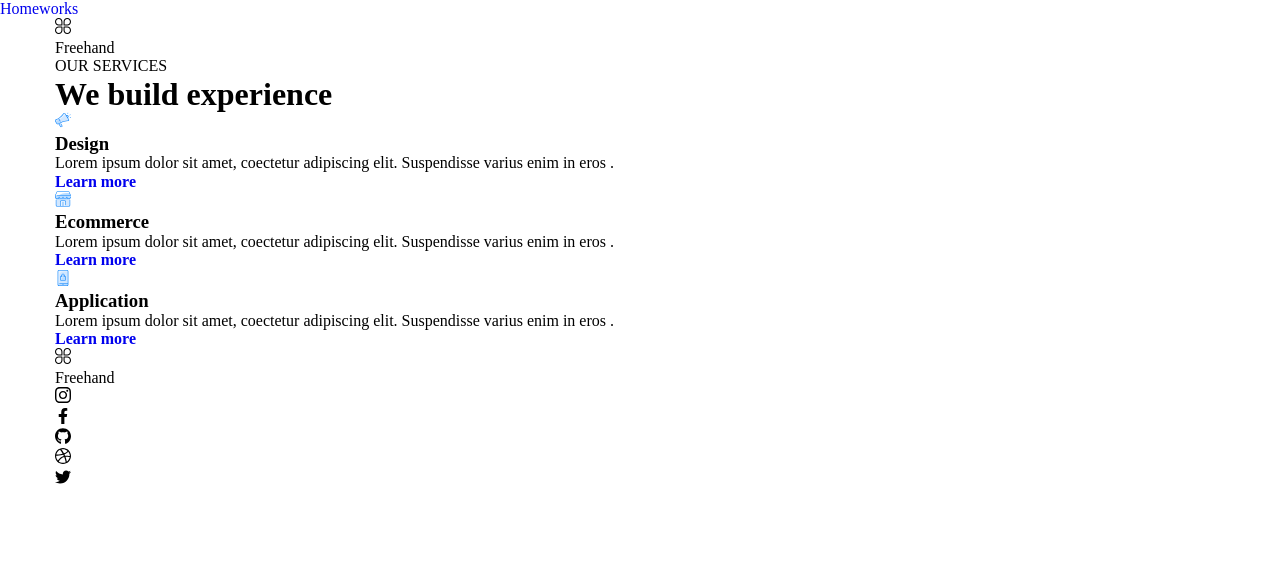
Repository: Tsiniavska/beetroot-test-project
Page: Homeworks/svg/index.html
These files come from the project's save history. The page is drawn as it stood at one moment and after the next save; the edit follows.
The browser window is 1280 px wide. The pictures show the whole page.
Some web fonts or font styles are not loaded; a fallback is used.

Above is the page before, as saved 2024-02-28 18:44:29.

### Homeworks/svg/index.html
<!DOCTYPE html>
<html lang="en">
  <head>
    <meta charset="UTF-8" />
    <meta name="viewport" content="width=device-width, initial-scale=1.0" />
    <title>SVG</title>
    <!-- Fonts -->

    <link rel="preconnect" href="https://fonts.googleapis.com" />
    <link rel="preconnect" href="https://fonts.gstatic.com" crossorigin />
    <link
      href="https://fonts.googleapis.com/css2?family=Nunito+Sans:ital,opsz,wght@0,6..12,200..1000;1,6..12,200..1000&family=Roboto&display=swap"
      rel="stylesheet"
    />
    <link rel="preconnect" href="https://fonts.googleapis.com" />
    <link rel="preconnect" href="https://fonts.gstatic.com" crossorigin />
    <link
      href="https://fonts.googleapis.com/css2?family=Quicksand:wght@500&display=swap"
      rel="stylesheet"
    />

    <!-- Styles -->
    <link rel="stylesheet" href="../../styles/normalize.css" />
    <link rel="stylesheet" href="../../styles/main.css" />
    <link rel="stylesheet" href="./index.css" />
    <link rel="stylesheet" href="./variables.css" />
  </head>
  <body>
    <!-- Icons -->
    <svg
      aria-hidden="true"
      style="position: absolute; overflow: hidden"
      xmlns="http://www.w3.org/2000/svg"
      xmlns:xlink="http://www.w3.org/1999/xlink"
    >
      <defs>
        <symbol id="icon-logo" viewBox="0 0 32 32">
          <path
            d="M7.467 0c-4.124 0-7.467 3.343-7.467 7.467s3.343 7.467 7.467 7.467v0h6.4c0.589 0 1.067-0.478 1.067-1.067v0-6.4c0-4.124-3.343-7.467-7.467-7.467v0zM2.133 7.467c0-2.946 2.388-5.333 5.333-5.333s5.333 2.388 5.333 5.333v0 5.333h-5.333c-2.946 0-5.333-2.388-5.333-5.333v0zM7.467 32c-4.124 0-7.467-3.343-7.467-7.467s3.343-7.467 7.467-7.467v0h6.4c0.589 0 1.067 0.478 1.067 1.067v0 6.4c0 4.124-3.343 7.467-7.467 7.467v0zM2.133 24.533c0 2.945 2.388 5.333 5.333 5.333s5.333-2.388 5.333-5.333v0-5.333h-5.333c-2.946 0-5.333 2.388-5.333 5.333v0zM32 7.467c0-4.124-3.343-7.467-7.467-7.467s-7.467 3.343-7.467 7.467v0 6.4c0 0.589 0.478 1.067 1.067 1.067v0h6.4c4.124 0 7.467-3.343 7.467-7.467v0zM24.533 2.133c2.945 0 5.333 2.388 5.333 5.333s-2.388 5.333-5.333 5.333v0h-5.333v-5.333c0-2.946 2.388-5.333 5.333-5.333v0zM24.533 32c4.124 0 7.467-3.343 7.467-7.467s-3.343-7.467-7.467-7.467v0h-6.4c-0.589 0-1.067 0.478-1.067 1.067v0 6.4c0 4.124 3.343 7.467 7.467 7.467v0zM29.867 24.533c0 2.945-2.388 5.333-5.333 5.333s-5.333-2.388-5.333-5.333v0-5.333h5.333c2.945 0 5.333 2.388 5.333 5.333v0z"
          ></path>
        </symbol>
        <symbol id="icon-twitter" viewBox="0 0 32 32">
          <path
            d="M28.711 9.482c0.020 0.284 0.020 0.569 0.020 0.853 0 8.67-6.599 18.66-18.66 18.66-3.716 0-7.168-1.076-10.071-2.944 0.528 0.061 1.036 0.081 1.584 0.081 3.066 0 5.888-1.036 8.142-2.802-2.883-0.061-5.3-1.949-6.132-4.548 0.406 0.061 0.812 0.102 1.239 0.102 0.589 0 1.178-0.081 1.726-0.223-3.005-0.609-5.259-3.249-5.259-6.437v-0.081c0.873 0.487 1.888 0.792 2.964 0.832-1.766-1.178-2.924-3.188-2.924-5.462 0-1.218 0.325-2.335 0.893-3.31 3.228 3.98 8.081 6.579 13.523 6.863-0.101-0.487-0.162-0.995-0.162-1.502 0-3.614 2.924-6.558 6.558-6.558 1.888 0 3.594 0.792 4.792 2.071 1.482-0.284 2.904-0.833 4.163-1.584-0.487 1.523-1.523 2.802-2.883 3.614 1.32-0.142 2.599-0.508 3.777-1.015-0.893 1.299-2.010 2.457-3.289 3.391z"
          ></path>
        </symbol>
        <symbol id="icon-facebook" viewBox="0 0 32 32">
          <path
            d="M23.446 18l0.889-5.791h-5.557v-3.758c0-1.584 0.776-3.129 3.265-3.129h2.526v-4.931c0 0-2.293-0.391-4.484-0.391-4.576 0-7.567 2.774-7.567 7.795v4.414h-5.087v5.791h5.087v14h6.261v-14h4.668z"
          ></path>
        </symbol>
        <symbol id="icon-instagram" viewBox="0 0 32 32">
          <path
            d="M16.004 7.797c-4.54 0-8.203 3.662-8.203 8.203s3.662 8.203 8.203 8.203 8.203-3.662 8.203-8.203c0-4.54-3.662-8.203-8.203-8.203zM16.004 21.333c-2.934 0-5.333-2.392-5.333-5.333s2.392-5.333 5.333-5.333 5.333 2.392 5.333 5.333c0 2.941-2.399 5.333-5.333 5.333zM26.455 7.462c0 1.064-0.857 1.913-1.913 1.913-1.064 0-1.913-0.857-1.913-1.913s0.857-1.913 1.913-1.913c1.057 0 1.913 0.857 1.913 1.913zM31.887 9.404c-0.121-2.563-0.707-4.833-2.584-6.703-1.87-1.87-4.14-2.456-6.703-2.584-2.641-0.15-10.558-0.15-13.2 0-2.556 0.121-4.826 0.707-6.703 2.577s-2.456 4.141-2.584 6.703c-0.15 2.641-0.15 10.558 0 13.2 0.121 2.563 0.707 4.833 2.584 6.703s4.141 2.456 6.703 2.584c2.641 0.15 10.558 0.15 13.2 0 2.563-0.121 4.833-0.707 6.703-2.584 1.87-1.87 2.456-4.141 2.584-6.703 0.15-2.641 0.15-10.551 0-13.193zM28.475 25.431c-0.557 1.399-1.635 2.477-3.041 3.041-2.106 0.835-7.103 0.642-9.43 0.642s-7.332 0.186-9.43-0.642c-1.399-0.557-2.477-1.635-3.041-3.041-0.835-2.106-0.643-7.103-0.643-9.431s-0.186-7.332 0.643-9.43c0.557-1.399 1.635-2.477 3.041-3.041 2.106-0.835 7.103-0.643 9.43-0.643s7.332-0.186 9.43 0.643c1.399 0.557 2.477 1.635 3.041 3.041 0.835 2.106 0.643 7.103 0.643 9.43s0.193 7.332-0.643 9.431z"
          ></path>
        </symbol>
        <symbol id="icon-github" viewBox="0 0 32 32">
          <path
            d="M10.703 25.522c0 0.129-0.148 0.232-0.335 0.232-0.213 0.019-0.361-0.084-0.361-0.232 0-0.129 0.148-0.232 0.335-0.232 0.194-0.019 0.361 0.084 0.361 0.232zM8.697 25.232c-0.045 0.129 0.084 0.277 0.277 0.316 0.168 0.065 0.361 0 0.4-0.129s-0.084-0.277-0.277-0.336c-0.168-0.045-0.355 0.019-0.4 0.148zM11.548 25.122c-0.187 0.045-0.316 0.168-0.297 0.316 0.019 0.129 0.187 0.213 0.381 0.168 0.187-0.045 0.316-0.168 0.297-0.297-0.019-0.123-0.194-0.206-0.381-0.187zM15.794 0.4c-8.948 0-15.794 6.794-15.794 15.742 0 7.155 4.503 13.277 10.935 15.432 0.826 0.148 1.116-0.361 1.116-0.781 0-0.4-0.019-2.607-0.019-3.961 0 0-4.516 0.968-5.465-1.923 0 0-0.736-1.877-1.794-2.361 0 0-1.477-1.013 0.103-0.993 0 0 1.606 0.129 2.49 1.664 1.413 2.49 3.781 1.774 4.703 1.348 0.148-1.032 0.568-1.748 1.032-2.174-3.606-0.4-7.245-0.923-7.245-7.129 0-1.774 0.49-2.665 1.523-3.8-0.168-0.419-0.716-2.148 0.168-4.381 1.348-0.419 4.452 1.742 4.452 1.742 1.29-0.361 2.677-0.548 4.052-0.548s2.761 0.187 4.052 0.548c0 0 3.103-2.168 4.452-1.742 0.884 2.239 0.336 3.961 0.168 4.381 1.032 1.142 1.664 2.032 1.664 3.8 0 6.226-3.8 6.723-7.406 7.129 0.594 0.51 1.097 1.477 1.097 2.993 0 2.174-0.019 4.865-0.019 5.394 0 0.419 0.297 0.929 1.116 0.781 6.452-2.142 10.826-8.264 10.826-15.419 0-8.948-7.258-15.742-16.206-15.742zM6.271 22.651c-0.084 0.064-0.064 0.213 0.045 0.335 0.103 0.103 0.252 0.148 0.335 0.065 0.084-0.065 0.064-0.213-0.045-0.336-0.103-0.103-0.252-0.148-0.335-0.064zM5.574 22.129c-0.045 0.084 0.019 0.187 0.148 0.252 0.103 0.064 0.232 0.045 0.277-0.045 0.045-0.084-0.019-0.187-0.148-0.252-0.129-0.039-0.232-0.019-0.277 0.045zM7.665 24.425c-0.103 0.084-0.064 0.277 0.084 0.4 0.148 0.148 0.336 0.168 0.419 0.065 0.084-0.084 0.045-0.277-0.084-0.4-0.142-0.148-0.335-0.168-0.419-0.065zM6.929 23.477c-0.103 0.064-0.103 0.232 0 0.381s0.277 0.213 0.361 0.148c0.103-0.084 0.103-0.252 0-0.4-0.090-0.148-0.258-0.213-0.361-0.129z"
          ></path>
        </symbol>
        <symbol id="icon-dribbble" viewBox="0 0 32 32">
          <path
            d="M16 0c-8.822 0-16 7.178-16 16s7.178 16 16 16c8.822 0 16-7.178 16-16s-7.178-16-16-16zM26.579 7.378c1.903 2.326 3.056 5.288 3.086 8.513-0.451-0.095-4.969-1.012-9.516-0.44-0.371-0.906-0.721-1.703-1.201-2.685 5.053-2.063 7.343-4.999 7.631-5.389zM25.059 5.798c-0.246 0.35-2.303 3.115-7.163 4.937-2.239-4.115-4.722-7.495-5.099-8.001 4.334-1.045 8.901 0.082 12.262 3.064zM10.19 3.653c0.36 0.494 2.802 3.878 5.067 7.904-6.393 1.698-12.023 1.673-12.634 1.665 0.886-4.241 3.744-7.765 7.568-9.569zM2.334 16.021c0-0.14 0.003-0.279 0.007-0.418 0.598 0.012 7.221 0.098 14.046-1.945 0.391 0.766 0.765 1.543 1.108 2.319-4.942 1.392-9.432 5.389-11.647 9.181-2.183-2.423-3.513-5.628-3.513-9.138zM7.611 26.802c1.428-2.918 5.302-6.685 10.811-8.565 1.919 4.986 2.712 9.165 2.915 10.364-4.394 1.872-9.678 1.358-13.727-1.799zM23.636 27.35c-0.14-0.831-0.867-4.832-2.655-9.744 4.283-0.685 8.045 0.437 8.513 0.584-0.609 3.803-2.792 7.087-5.858 9.16z"
          ></path>
        </symbol>
        <symbol id="icon-phone" viewBox="0 0 32 32">
          <path
            class="icon-change-color"
            fill="#d1e7ff"
            style="fill: var(--color1, #d1e7ff)"
            d="M23.839 0.533c1.259 0 2.28 0.955 2.28 2.133v26.667c0 1.178-1.021 2.133-2.28 2.133h-15.678c-1.259 0-2.28-0.955-2.28-2.133v-26.667c0-1.178 1.021-2.133 2.28-2.133h15.678z"
          ></path>
          <path
            class="icon-change-color"
            fill="#b9dcff"
            style="fill: var(--color2, #b9dcff)"
            d="M19.586 11.981c0.546 0 1.003 0.385 1.063 0.892l0.762 6.552c0.069 0.591-0.426 1.108-1.063 1.108h-8.697c-0.636 0-1.132-0.517-1.063-1.108l0.762-6.552c0.059-0.507 0.517-0.892 1.063-0.892h7.172z"
          ></path>
          <path
            class="icon-change-color"
            fill="#e8f3ff"
            style="fill: var(--color3, #e8f3ff)"
            d="M23.947 0.536c1.834 0.080 1.737 2.664-0.099 2.664h-7.42c-4.251 0-7.696 3.224-7.696 7.2v21.067h-0.57c-1.259 0-2.28-0.955-2.28-2.133v-26.667c0-1.178 1.021-2.133 2.28-2.133 0.103 0 15.702-0.001 15.786 0.002z"
          ></path>
          <path
            class="icon-change-color"
            fill="#b9dcff"
            style="fill: var(--color2, #b9dcff)"
            d="M26.119 26.8v2.533c0 1.178-1.021 2.133-2.28 2.133h-15.678c-1.259 0-2.28-0.955-2.28-2.133v-2.533h20.238z"
          ></path>
          <path
            class="icon-change-color"
            fill="#d1e7ff"
            style="fill: var(--color1, #d1e7ff)"
            d="M8.731 26.8v2.541c0 1.737-2.85 1.826-2.85-0.008v-2.533h2.85z"
          ></path>
          <path
            class="icon-change-color"
            fill="#d1e7ff"
            style="fill: var(--color1, #d1e7ff)"
            d="M19.586 13.981c-3.453 0-6.276 2.432-6.64 5.565-0.065 0.562-0.572 0.987-1.176 0.987h-0.118c-0.636 0-1.132-0.517-1.063-1.108l0.762-6.552c0.059-0.507 0.517-0.892 1.063-0.892h7.172c0.545 0 1.003 0.384 1.063 0.892 0.069 0.593-0.427 1.108-1.062 1.108z"
          ></path>
          <path
            class="icon-change-color"
            fill="#007ffc"
            style="fill: var(--color4, #007ffc)"
            d="M23.839 0h-15.678c-1.572 0-2.85 1.196-2.85 2.667v26.667c0 1.47 1.279 2.667 2.85 2.667h15.678c1.572 0 2.851-1.196 2.851-2.667v-26.667c0-1.47-1.279-2.667-2.851-2.667zM23.839 30.933h-15.678c-0.943 0-1.71-0.718-1.71-1.6v-26.667c0-0.882 0.767-1.6 1.71-1.6h15.678c0.943 0 1.71 0.718 1.71 1.6v23.6h-16.319c-0.315 0-0.57 0.239-0.57 0.533s0.255 0.533 0.57 0.533h16.319v2c0 0.882-0.767 1.6-1.71 1.6zM17.283 29c0 0.295-0.255 0.533-0.57 0.533h-1.425c-0.315 0-0.57-0.239-0.57-0.533s0.255-0.533 0.57-0.533h1.425c0.315 0 0.57 0.239 0.57 0.533zM11.652 21.067h8.697c0.975 0 1.735-0.793 1.629-1.699l-0.762-6.552c-0.091-0.779-0.791-1.367-1.629-1.367h-0.528v-0.987c-0-1.578-1.372-2.861-3.058-2.861s-3.058 1.283-3.058 2.861v0.987h-0.528c-0.838 0-1.539 0.588-1.629 1.367l-0.762 6.552c-0.106 0.907 0.655 1.699 1.629 1.699zM11.156 19.483l0.762-6.552c0.028-0.237 0.241-0.416 0.496-0.416h0.528v0.832c0 0.295 0.255 0.533 0.57 0.533s0.57-0.239 0.57-0.533v-2.886c0-0.989 0.86-1.794 1.918-1.794s1.918 0.805 1.918 1.794v0.987h-2.466c-0.315 0-0.57 0.239-0.57 0.533s0.255 0.533 0.57 0.533h2.466v0.832c0 0.295 0.255 0.533 0.57 0.533s0.57-0.239 0.57-0.533v-0.832h0.528c0.255 0 0.468 0.179 0.496 0.416l0.762 6.552c0.032 0.276-0.198 0.517-0.496 0.517h-8.697c-0.297 0-0.528-0.24-0.496-0.517z"
          ></path>
        </symbol>
        <symbol id="icon-megaphone" viewBox="0 0 32 32">
          <path
            fill="#d1e7ff"
            style="fill: var(--color1, #d1e7ff)"
            d="M27.482 15.2c0.639 1.036-0.127 2.337-1.405 2.383-4.667 0.171-9.425 1.261-13.911 3.408l-1.483 0.801c0 0.006-0.020-0.033 3.591 5.843 0.331 0.538 0.135 1.224-0.439 1.535l-1.17 0.632c-0.574 0.31-1.309 0.126-1.64-0.412l-3.602-5.836-0.585 0.316c-1.149 0.62-2.617 0.252-3.281-0.823l-2.701-4.377c-0.663-1.075-0.269-2.449 0.879-3.069l5.329-2.878c4.072-2.464 7.523-5.728 10.11-9.566 0.682-1.012 2.269-0.983 2.909 0.053l2.311 3.746c1.328-0.717 3.027-0.291 3.793 0.951s0.311 2.831-1.017 3.548l2.312 3.746z"
          ></path>
          <path
            fill="#d1e7ff"
            style="fill: var(--color1, #d1e7ff)"
            d="M26.186 7.906c0.767 1.242 0.311 2.831-1.017 3.548l-2.777-4.499c1.328-0.717 3.027-0.291 3.793 0.951z"
          ></path>
          <path
            fill="#e8f3ff"
            style="fill: var(--color3, #e8f3ff)"
            d="M20.082 3.209c0.319 0.517 0.299 1.159-0.054 1.657-2.848 4.014-6.664 7.641-11.332 10.466l-6.243 3.372c-0.429 0.232-0.768 0.553-1.005 0.924l-0.592-0.959c-0.663-1.075-0.269-2.449 0.879-3.069l5.329-2.878c4.072-2.464 7.523-5.728 10.11-9.566 0.682-1.012 2.269-0.983 2.909 0.053z"
          ></path>
          <path
            fill="#b9dcff"
            style="fill: var(--color2, #b9dcff)"
            d="M7.063 12.723l5.103 8.269c-1.023 0.552-4.308 2.326-5.329 2.878-1.149 0.62-2.617 0.252-3.281-0.823l-2.701-4.377c-0.663-1.075-0.269-2.449 0.879-3.069l5.329-2.878z"
          ></path>
          <path
            fill="#d1e7ff"
            style="fill: var(--color1, #d1e7ff)"
            d="M8.679 15.341c-6.781 3.662-6.331 3.407-6.55 3.566-0.412 0.3-1.013 0.185-1.274-0.238-0.663-1.075-0.269-2.449 0.879-3.069l5.329-2.878 1.616 2.619z"
          ></path>
          <path
            fill="#b9dcff"
            style="fill: var(--color2, #b9dcff)"
            d="M11.653 23.373c-1.897 1.028-0.501 0.271-3.257 1.759l-0.975-1.578 3.261-1.761 0.971 1.58z"
          ></path>
          <path
            fill="#b9dcff"
            style="fill: var(--color2, #b9dcff)"
            d="M26.020 10.741c-0.22 0.283-0.506 0.528-0.851 0.713l-2.777-4.499c0.345-0.186 0.715-0.295 1.086-0.332 0.14 0.226 2.419 3.921 2.541 4.118z"
          ></path>
          <path
            fill="#007ffc"
            style="fill: var(--color4, #007ffc)"
            d="M25.877 11.602c2.081-1.591 1.362-4.736-1.238-5.388-0.68-0.17-1.383-0.135-2.028 0.095l-2.067-3.349c-0.841-1.363-2.927-1.399-3.822-0.070-2.542 3.772-5.928 6.98-9.949 9.414-0.229 0.138-0.314 0.424-0.178 0.657 0.022 0.037 3.445 5.583 3.468 5.62 0.147 0.239 0.473 0.32 0.729 0.183s0.342-0.443 0.195-0.682l-3.21-5.202c3.834-2.397 7.229-5.571 9.848-9.458 0.468-0.695 1.557-0.674 1.996 0.037l7.4 11.991c0.439 0.711-0.087 1.604-0.964 1.636-4.917 0.179-9.732 1.356-14.133 3.462-0.019 0.009-5.009 2.705-5.353 2.89-0.892 0.482-2.037 0.195-2.552-0.64l-2.701-4.378c-0.515-0.834-0.208-1.905 0.684-2.387l3.251-1.756c0.255-0.138 0.342-0.443 0.195-0.682s-0.474-0.32-0.729-0.183l-3.251 1.756c-1.401 0.757-1.883 2.439-1.074 3.75l2.702 4.377c0.809 1.311 2.608 1.762 4.009 1.005l0.123-0.066 3.335 5.404c0.479 0.776 1.538 1.042 2.369 0.594l1.17-0.632c0.83-0.448 1.114-1.439 0.635-2.216l-2.364-3.83c-0.147-0.239-0.474-0.32-0.729-0.183s-0.342 0.443-0.195 0.682l2.364 3.83c0.184 0.299 0.075 0.68-0.244 0.853l-1.17 0.632c-0.319 0.172-0.727 0.070-0.912-0.229l-3.335-5.404 4.27-2.307c4.179-1.997 8.828-3.171 13.677-3.347 1.681-0.061 2.686-1.771 1.846-3.132l-2.067-3.349zM25.724 8.155c0.527 0.853 0.337 1.912-0.391 2.565l-2.179-3.531c0.955-0.262 2.035 0.099 2.57 0.966zM30.941 5.937l-1.38 0.745c-0.255 0.138-0.581 0.056-0.729-0.183s-0.060-0.544 0.195-0.682l1.38-0.745c0.255-0.138 0.581-0.056 0.729 0.183s0.060 0.544-0.195 0.682zM25.006 3.093l0.337-1.175c0.076-0.266 0.369-0.424 0.653-0.353s0.453 0.345 0.377 0.611l-0.337 1.175c-0.076 0.265-0.368 0.424-0.653 0.353-0.284-0.071-0.453-0.345-0.377-0.611zM31.982 11.265c-0.064 0.223-0.279 0.37-0.515 0.37-0.096 0-0.029 0.010-1.394-0.332-0.285-0.071-0.453-0.345-0.377-0.611s0.369-0.424 0.653-0.353l1.256 0.315c0.284 0.071 0.453 0.345 0.377 0.611z"
          ></path>
        </symbol>
        <symbol id="icon-building" viewBox="0 0 32 32">
          <path
            fill="#d1e7ff"
            style="fill: var(--color1, #d1e7ff)"
            d="M29.862 12.11v16.36c0 1.102-0.955 1.995-2.133 1.995h-23.461c-1.178 0-2.133-0.893-2.133-1.995 0-15.466-0.001-12.569 0.005-16.36h27.722z"
          ></path>
          <path
            fill="#b9dcff"
            style="fill: var(--color2, #b9dcff)"
            d="M29.862 12.11v3.779c0 0.818-0.701 1.495-1.575 1.498-0.010 0-24.561 0-24.578 0-0.874-0.004-1.574-0.681-1.574-1.498 0-1.091-0.001-0.338 0.005-3.779h27.722z"
          ></path>
          <path
            fill="#e8f3ff"
            style="fill: var(--color3, #e8f3ff)"
            d="M21.397 21.549v8.916h-10.798v-8.916c0-1.102 0.955-1.995 2.133-1.995h6.532c1.178 0 2.133 0.893 2.133 1.995z"
          ></path>
          <path
            fill="#b9dcff"
            style="fill: var(--color2, #b9dcff)"
            d="M31.462 12.11c0 1.996-1.73 3.617-3.866 3.617s-3.866-1.619-3.866-3.617c0 1.997-1.731 3.617-3.866 3.617s-3.866-1.619-3.866-3.617c0 1.997-1.731 3.617-3.866 3.617s-3.866-1.619-3.866-3.617c-0.003 1.984-1.749 3.617-3.866 3.617-2.114 0-3.862-1.63-3.866-3.617 0-3.143-0.009-2.95 0.023-3.094 0.032-0.142-0.19 0.36 3.164-6.881 0.169-0.365 0.554-0.601 0.978-0.601h22.595c0.424 0 0.809 0.236 0.978 0.601 3.356 7.246 3.132 6.74 3.164 6.881 0.032 0.144 0.023-0.053 0.023 3.094z"
          ></path>
          <path
            fill="#b9dcff"
            style="fill: var(--color2, #b9dcff)"
            d="M31.462 12.11c0 1.996-1.73 3.616-3.866 3.616s-3.866-1.619-3.866-3.616c0 1.997-1.731 3.616-3.866 3.616s-3.866-1.619-3.866-3.616c0 1.997-1.731 3.616-3.866 3.616s-3.866-1.619-3.866-3.616c-0.003 1.984-1.749 3.616-3.866 3.616-2.114 0-3.862-1.63-3.866-3.616-0.005-3.16-0.004-2.971 0.023-3.094h30.88c0.032 0.144 0.023-0.053 0.023 3.094z"
          ></path>
          <path
            fill="#fff"
            style="fill: var(--color5, #fff)"
            d="M27.008 4.2c-6.77-0.872-13.603 0.246-19.129 4.142-0.622 0.439-1.38 0.675-2.159 0.675h-5.16c0.032-0.142-0.19 0.36 3.164-6.881 0.169-0.365 0.554-0.601 0.978-0.601h22.595c0.425 0 0.809 0.236 0.978 0.601l0.149 0.321c0.416 0.899-0.378 1.878-1.415 1.744z"
          ></path>
          <path
            fill="#007ffc"
            style="fill: var(--color4, #007ffc)"
            d="M30.395 17.933v10.538c0 1.375-1.196 2.494-2.666 2.494h-23.461c-1.47 0-2.666-1.119-2.666-2.494v-10.538c0-0.275 0.239-0.499 0.533-0.499s0.533 0.223 0.533 0.499v10.538c0 0.825 0.718 1.497 1.6 1.497h5.799v-8.418c0-1.375 1.196-2.494 2.666-2.494h6.532c1.47 0 2.666 1.119 2.666 2.494v6.422c0 0.275-0.239 0.499-0.533 0.499s-0.533-0.223-0.533-0.499v-6.422c0-0.825-0.718-1.497-1.6-1.497h-6.532c-0.882 0-1.6 0.671-1.6 1.497v8.418h4.332v-7.857c0-0.275 0.239-0.499 0.533-0.499s0.533 0.223 0.533 0.499v7.857h11.197c0.882 0 1.6-0.671 1.6-1.497v-10.538c0-0.275 0.239-0.499 0.533-0.499s0.533 0.223 0.533 0.499zM3.468 9.016c0 0.275 0.239 0.499 0.533 0.499 29.011 0 27.573 0.049 27.785-0.104 0.111-0.080 0.183-0.195 0.203-0.326 0.030-0.2 0.221 0.293-3.504-7.75-0.085-0.182-0.277-0.3-0.489-0.3h-23.994c-0.212 0-0.405 0.118-0.489 0.3l-3.466 7.482c-0.061 0.132-0.044-0.078-0.044 3.293 0.004 2.269 1.977 4.115 4.399 4.115 1.665 0 3.118-0.872 3.865-2.155 1.668 2.868 6.062 2.871 7.733 0.002 1.67 2.867 6.061 2.867 7.732 0 0.746 1.281 2.199 2.153 3.866 2.153 2.426 0 4.399-1.846 4.399-4.115 0-0.275-0.239-0.499-0.533-0.499s-0.533 0.223-0.533 0.499c0 1.719-1.495 3.118-3.333 3.118s-3.332-1.399-3.332-3.118c0-0.275-0.239-0.499-0.533-0.499s-0.533 0.223-0.533 0.499c0 1.719-1.495 3.118-3.333 3.118s-3.333-1.399-3.333-3.118c0-0.275-0.239-0.499-0.533-0.499s-0.533 0.223-0.533 0.499c0 1.719-1.495 3.118-3.333 3.118-1.797 0-3.332-1.351-3.332-3.143 0-0.275-0.239-0.499-0.533-0.499s-0.533 0.223-0.533 0.499c0 1.777-1.526 3.143-3.333 3.143-1.835 0-3.33-1.399-3.333-3.118v-2.99l3.283-7.087h23.294l3.004 6.485h-26.648c-0.295 0-0.533 0.223-0.533 0.499z"
          ></path>
        </symbol>
      </defs>
    </svg>

    <div class="app">
      <!-- link homeworks -->
      <div>
        <a href="../../index.html">Homeworks</a>
      </div>

      <!-- Header -->
      <header class="header">
        <div class="wrapper">
          <div class="header-wrapper">
            <svg class="icon icon-logo">
              <use xlink:href="#icon-logo"></use>
            </svg>
            <div class="header-title">Freehand</div>
          </div>
        </div>
      </header>

      <!-- Main-->
      <main class="content">
        <div class="wrapper">
          <div class="content-topic">
            <span>OUR SERVICES</span>
            <h1 class="content-title">We build experience</h1>
          </div>

          <!-- content colums -->
          <div class="content-blocks">
            <div class="content-blocks-item">
              <svg class="icon icon-megaphone icon-content-size">
                <use xlink:href="#icon-megaphone"></use>
              </svg>
              <div class="content-blocks-item-text">
                <h3>Design</h3>
                <p>
                  Lorem ipsum dolor sit amet, coectetur adipiscing elit.
                  Suspendisse varius enim in eros .
                </p>
              </div>

              <a class="content-blocks-link" href="#"><b>Learn more</b></a>
            </div>
            <div class="content-blocks-item">
              <svg class="icon icon-building icon-content-size">
                <use xlink:href="#icon-building"></use>
              </svg>
              <div class="content-blocks-item-text">
                <h3>Ecommerce</h3>
                <p>
                  Lorem ipsum dolor sit amet, coectetur adipiscing elit.
                  Suspendisse varius enim in eros .
                </p>
              </div>

              <a class="content-blocks-link" href="#"><b>Learn more</b></a>
            </div>

            <div class="content-blocks-item">
              <svg class="icon icon-phone icon-content-size">
                <use xlink:href="#icon-phone"></use>
              </svg>
              <div class="content-blocks-item-text">
                <h3>Application</h3>
                <p>
                  Lorem ipsum dolor sit amet, coectetur adipiscing elit.
                  Suspendisse varius enim in eros .
                </p>
              </div>

              <a class="content-blocks-link" href="#"><b>Learn more</b></a>
            </div>
          </div>
        </div>
      </main>

      <!-- Footer -->
      <footer class="footer">
        <div class="wrapper footer-content">
          <div class="footer-logo">
            <svg class="icon icon-logo">
              <use xlink:href="#icon-logo"></use>
            </svg>
            <div class="footer-title">Freehand</div>
          </div>
          <div class="footer-icon-block">
            <div class="footer-icon-block-item">
              <svg class="icon icon-instagram icon-footer-size">
                <use xlink:href="#icon-instagram"></use>
              </svg>
            </div>
            <div class="footer-icon-block-item">
              <svg class="icon icon-facebook icon-footer-size">
                <use xlink:href="#icon-facebook"></use>
              </svg>
            </div>
            <div class="footer-icon-block-item">
              <svg class="icon icon-github icon-footer-size">
                <use xlink:href="#icon-github"></use>
              </svg>
            </div>
            <div class="footer-icon-block-item">
              <svg class="icon icon-dribbble icon-footer-size">
                <use xlink:href="#icon-dribbble"></use>
              </svg>
            </div>
            <div class="footer-icon-block-item">
              <svg class="icon icon-twitter icon-footer-size">
                <use xlink:href="#icon-twitter"></use>
              </svg>
            </div>
          </div>
        </div>
      </footer>
    </div>
  </body>
</html>

### styles/main.css
/* Global */
* {
  /* TODO removed */
  /* border: 1px solid red; */
  box-sizing: border-box;
  padding: 0;
  margin: 0;
}

/* Body */
body {
  font-size: 16px;
}

/* Titles */
h1,
h2,
h3,
h4,
h5,
h6 {
  margin-bottom: 0;
  margin-top: 0;
}

img {
  width: 100%;
}

a {
  text-decoration: none;
}

ul {
  list-style-type: none;
}

.icon {
  display: inline-block;
  width: 1em;
  height: 1em;
  stroke-width: 0;
  stroke: currentColor;
  fill: currentColor;
}

### Homeworks/svg/index.css
.wrapper {
  max-width: 1170px;
  width: 100%;
  margin: 0 auto;
}

### Homeworks/svg/variables.css
:root {
  /* Color */
  --c-green: #3db370;
  --c-dark-blue: #16133d;
  --c-silver: #e5eaf4;
  --c-silver-2: #efeef3;
  --c-white: #ffffff;
  /* Fonts */
  --f-h1: "Nunito Sans", sans-serif;
  --f-text: "Roboto", sans-serif;
  --f-logo: "Quicksand", sans-serif;
  /* Height */
  --h-header: 80px;
  --h-footer: 210px;
}

Loaded but not shown: styles/normalize.css (library)

After the next save:
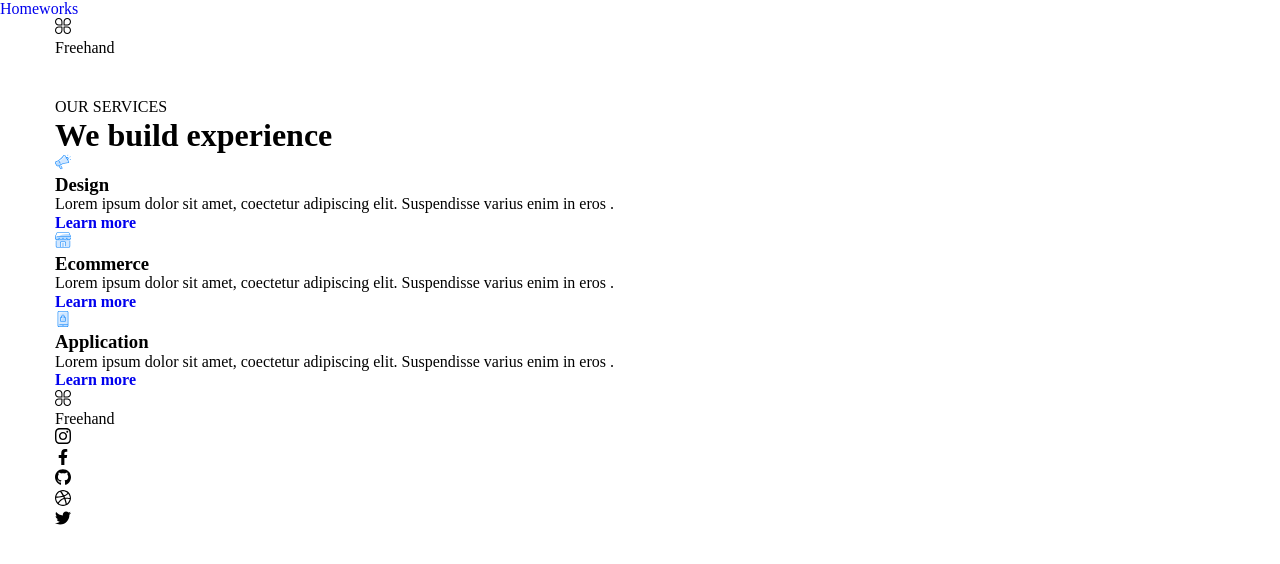
Saved 51 s later.
--- a/Homeworks/svg/index.css
+++ b/Homeworks/svg/index.css
@@ -3,3 +3,7 @@
   width: 100%;
   margin: 0 auto;
 }
+
+.header {
+  min-height: var(--h-header);
+}
